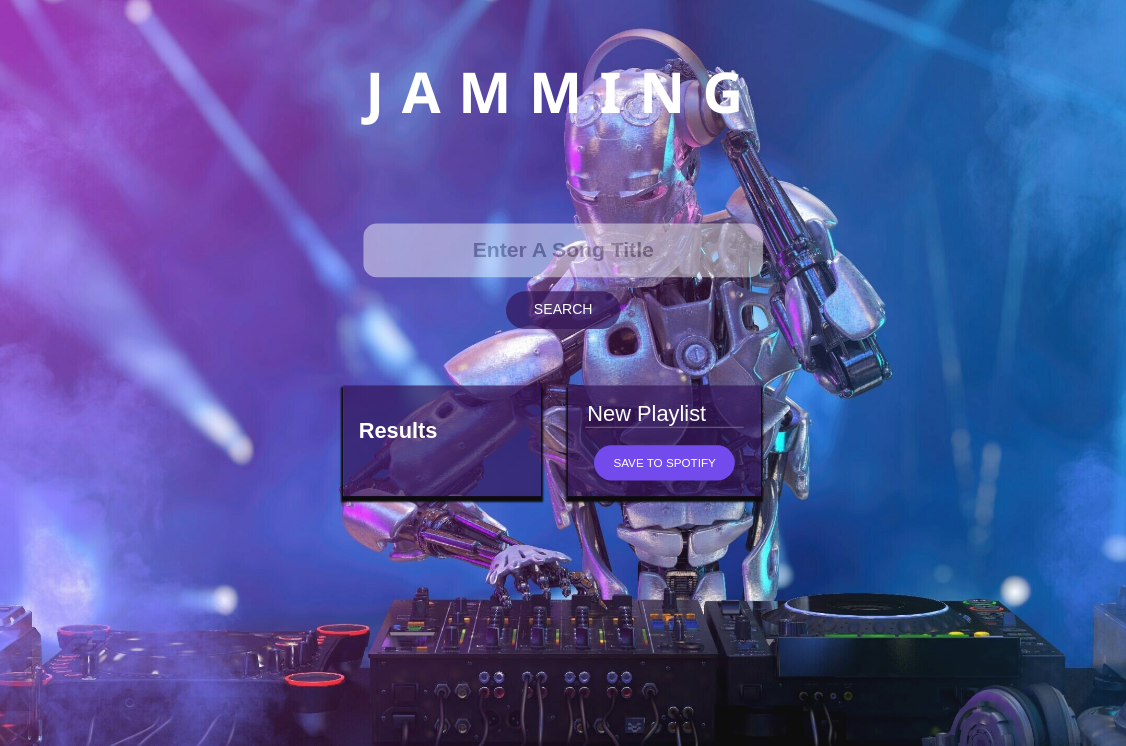
Repository: LolaSL/jamming
Page: /
An editor plug-in stored every save of this project. The page is shown before and after the next save, followed by the edit.
The browser window is 1280 px wide. The pictures show the whole page, at 88% of full size.
The project was rebuilt for these pictures with package versions that can differ from the ones it lists, and the page was loaded fresh each time. Also part of the build but not shown: src/components/Track/Track.css, src/components/Track/Track.jsx.

Above is the page before, as saved 2023-06-23 17:17:49.

After the next save:
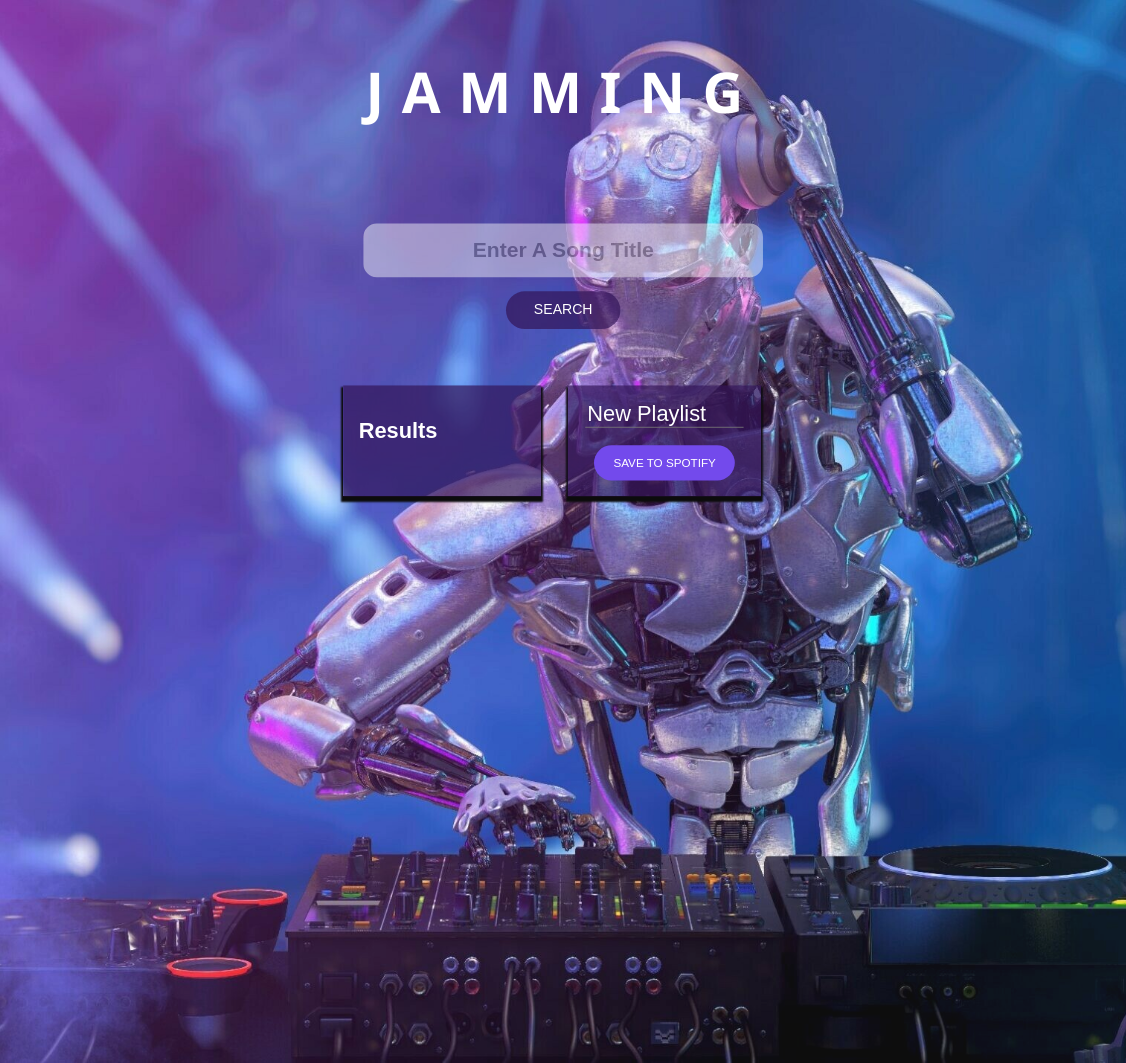
Saved 48 s later.
--- a/src/App/App.css
+++ b/src/App/App.css
@@ -7,7 +7,7 @@ html,
 
 .App{
   flex-wrap: wrap;
-  height: 100%;
+  height: 150%;
   padding: 0 17% 10% 17%;
   background-image: url('./background.jpg');
   opacity: 0.95;
